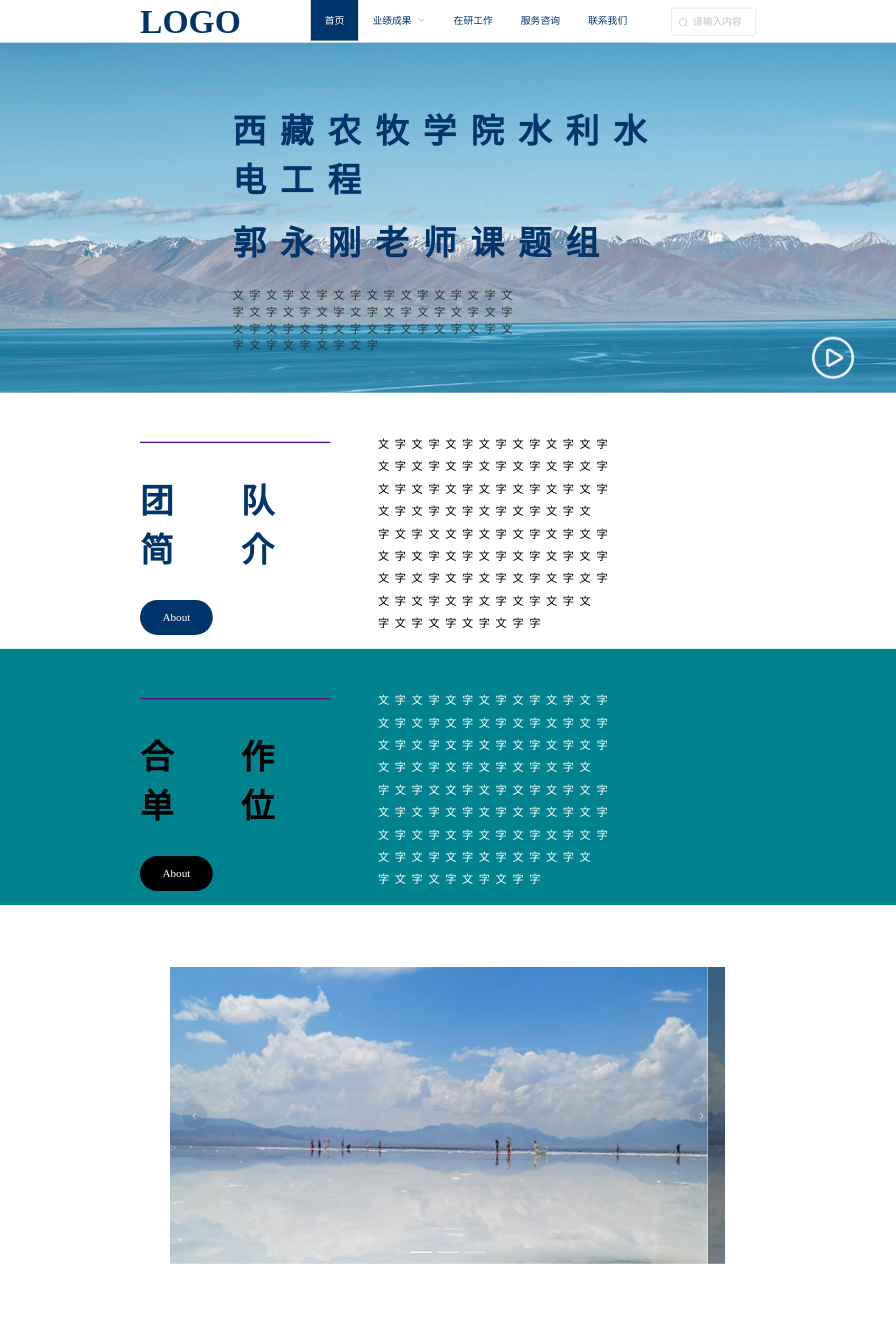
Repository: BLSY/xzust
Page: /
An editor plug-in stored every save of this project. The page is shown before and after the next save, followed by the edit.
The browser window is 1280 px wide. The pictures show the whole page, at 70% of full size.
The project was rebuilt for these pictures with package versions that can differ from the ones it lists, and the page was loaded fresh each time.

Above is the page before, as saved 2022-11-27 11:05:10.

### index.html
<!DOCTYPE html>
<html>
  <head>
    <meta charset="utf-8">
    <meta name="viewport" content="width=device-width,initial-scale=1.0">
    <title>student</title>
  </head>
  <body style="margin:0;">
    <div id="app"></div>
    <!-- built files will be auto injected -->
  </body>
</html>

### src/main.js
// The Vue build version to load with the `import` command
// (runtime-only or standalone) has been set in webpack.base.conf with an alias.
import Vue from 'vue'
import App from './App'
import ElementUI from 'element-ui';
import 'element-ui/lib/theme-chalk/index.css';
import router from './router'

Vue.use(ElementUI);
Vue.config.productionTip = false

/* eslint-disable no-new */
new Vue({
  el: '#app',
  router,
  components: { App },
  template: '<App/>'
})

### src/App.vue
<template>
  <div id="app">
    <router-view/>
  </div>
</template>

<script>
export default {
  name: 'App'
}
</script>

<style>
#app {

}
</style>

### src/components/HelloWorld.vue
<template>
  <div class="indexBox">
    <div class="nav">
      <div class="login">LOGO</div>
      <div class="navList">
        <el-menu
          :default-active="activeIndex2"
          class="el-menu-demo"
          mode="horizontal"
          @select="handleSelect"
          background-color="#fff"
          text-color="#00356B"
          active-text-color="#fff"
        >
          <el-menu-item index="1">首页</el-menu-item>
          <el-submenu index="2">
            <template slot="title">业绩成果</template>
            <el-menu-item index="2-1">选项1</el-menu-item>
            <el-menu-item index="2-2">选项2</el-menu-item>
            <el-menu-item index="2-3">选项3</el-menu-item>
          </el-submenu>
          <el-menu-item index="3">在研工作</el-menu-item>
          <el-menu-item index="4">服务咨询</el-menu-item>
          <el-menu-item index="5">联系我们</el-menu-item>
        </el-menu>
      </div>
      <div class="serch">
        <el-input
          placeholder="请输入内容"
          prefix-icon="el-icon-search"
          v-model="input2"
        >
        </el-input>
      </div>
    </div>
    <div class="top">
      <div class="toptext">
        <h3 class="h-text">西藏农牧学院水利水电工程</h3>
        <h3 class="h-text" >郭永刚老师课题组</h3>
        <div class="detil">
          文字文字文字文字文字文字文字文字文字文字文字文字文字文字文字文字文字文字文字文字文字文字文字文字文字文字文字文字文字文字
        </div>

      </div>
      <div class="starvidio">
        </div>
    </div>
    <div class="team">
      <div class="team-left">
        <div class="line"></div>
        <h3 class="team-title">团队简介</h3>
        <div class="team-icon">About</div>
      </div>
      <div class="team-right">
        <div class="team-text">
          文字文字文字文字文字文字文字文字文字文字文字文字文字文字文字文字文字文字文字文字文字文字文字文字文字文字文字文
          字文字文文字文字文字文字文字文字文字文字文字文字文字文字文字文字文字文字文字文字文字文字文字文字文字文字文字文
          字文字文字文字文字字
        </div>

      </div>
    </div>
     <div class="cooperation">
      <div class="cooperation-left">
        <div class="line"></div>
        <h3 class="cooperation-title">合作单位</h3>
        <div class="cooperation-icon">About</div>
      </div>
      <div class="cooperation-right">
        <div class="cooperation-text">
          文字文字文字文字文字文字文字文字文字文字文字文字文字文字文字文字文字文字文字文字文字文字文字文字文字文字文字文
          字文字文文字文字文字文字文字文字文字文字文字文字文字文字文字文字文字文字文字文字文字文字文字文字文字文字文字文
          字文字文字文字文字字
        </div>

      </div>
    </div>
    <div class="preject">
      <div class="carousel">
         <el-carousel :interval="5000" arrow="always" height="425px">
          <el-carousel-item v-for="(item,index) in imgList" :key="index">
            <img :src="item.idView"  class="image">
          </el-carousel-item>
        </el-carousel>
      </div>
    </div>
  </div>
</template>

<script>
export default {
  name: "HelloWorld",
  data() {
    return {
      activeIndex2: "1",
      input2: "",
      imgList:[
        {idView:require('../assets/preject.jpg')},
        {idView:require('../assets/black-preject.jpg')},
        {idView:require('../assets/topbackg.jpg')}
      ]
    };
  },
  props: {
    msg: String,
  },
  methods: {
    handleSelect(key, keyPath) {
      console.log(key, keyPath);
    },
  },
};
</script>

<!-- Add "scoped" attribute to limit CSS to this component only -->
<style scoped >
*{
  list-style: none;
  box-sizing: border-box;
}
h3{
  margin: 0;
  padding: 0;
  margin: 10px 0;
}
html{
  font-size: 16px;
}
.indexBox {
  width: 100%;
  height: 100%;
  position: relative;
  box-sizing: border-box;
}
.nav {
  display: flex;
  align-items: center;
  justify-content: center;
  padding: 0 200px;
}
.login {
  flex: 1;
  display: inline-block;
  font-size: 3em;
  font-weight: bold;
  color: #00356B;
  font-family: MicrosoftYaHei;
  margin-right: 100px;
}
.navList{
  flex: 4;
  display: inline-block;
  min-width:55%;
  font-size: 2em;
}
.serch{
  flex: 1;
  display: inline-block;
  margin-left:30px ;
}
.el-menu-item.is-active{
  background: #00356B !important;
}
.top{
  box-sizing: border-box;
  background: url(../assets/topbackg.jpg) no-repeat;
  background-size:100% 100% ;
  position: relative;
  height: 500px;
  display: flex;
  align-items: center;
  justify-content: center;
  /* text-align: center; */
  overflow: hidden;
  padding: 0 200px;
}
  .toptext{
    display: inline-block;
    margin-top: 20px;
    width: 70%;
    text-align: left;
  }
  .h-text{
    display: inline-block;
    color: #00356B;
    font-size: 3em;
    letter-spacing:20px;
  }
  .detil{
    margin-top: 20px;
    display: inline-block;
    width:70%;
    font-size: 1em;
    text-align: left;
    letter-spacing: 0.5em;
    color:#333;
  }
  .starvidio{
    background: url(../assets/bapfang.png) no-repeat;
    background-size:100% 100% ;
    position: absolute;
    bottom: 20px;
    right: 60px;
    height: 60px;
    width: 60px;
  }
  .team{
    height: 366px;
    display: flex;
    flex-direction: row;
    align-items: center;
    justify-content: space-between;
    padding: 0 200px;
  }
  .team-left{
    height: 250px;
    flex: 1;
    text-align: cente;
    display: inline-block;
    vertical-align: top;
  }
  .team-right{
    height: 250px;
    flex: 1;
    padding-right:200px ;
    display: inline-block;
    vertical-align: top;
  }
  .team-text{
    text-align: left;
   letter-spacing:0.5em;
   line-height: 2em;
  }
  .team-title{
    color: #00356B;
    font-size: 3em;
    letter-spacing:2em;
    margin: 40px 0;
  }
  .line{
    display: inline-block;
    margin: auto;
    width: 80%;
    border: 1px solid #5D0E8B;
  }
  .team-icon{
    text-align: center;
    width: 104px;
    height: 50px;
    line-height: 50px;
    color: #fff;
    font-size: 1em;
    background: #00356B;
    border-radius: 25px;
  }
  .cooperation{
    height: 366px;
    display: flex;
    background:#00838F ;
    flex-direction: row;
    align-items: center;
    justify-content: space-between;
    padding: 0 200px;
  }
   .cooperation-left{
    height: 250px;
    flex: 1;
    text-align: cente;
    display: inline-block;
    vertical-align: top;
  }
  .cooperation-right{
    height: 250px;
    flex: 1;
    padding-right:200px ;
    display: inline-block;
    vertical-align: top;
  }
  .cooperation-text{
    text-align: left;
   letter-spacing:0.5em;
   line-height: 2em;
   color: #fff;
  }
  .cooperation-title{
    color: #000;
    font-size: 3em;
    letter-spacing:2em;
    margin: 40px 0;
  }

  .cooperation-icon{
    text-align: center;
    width: 104px;
    height: 50px;
    line-height: 50px;
    color: #fff;
    font-size: 1em;
    background: #000000;
    border-radius: 25px;
  }
.preject{
  /* height: 366px; */
  display: flex;
  justify-content: center;
  flex-direction: row;
  align-items: center;
  padding: 0 200px;
}
.carousel{
  margin: 88px auto;
  height: 425px;
  width: 90%;
}
/* 轮播图无图片样式 有图片可删除 */

  .image{
    width: 100%;
    height: inherit;
  }
</style>

Loaded but not shown: src/router/index.js (common file)

After the next save:
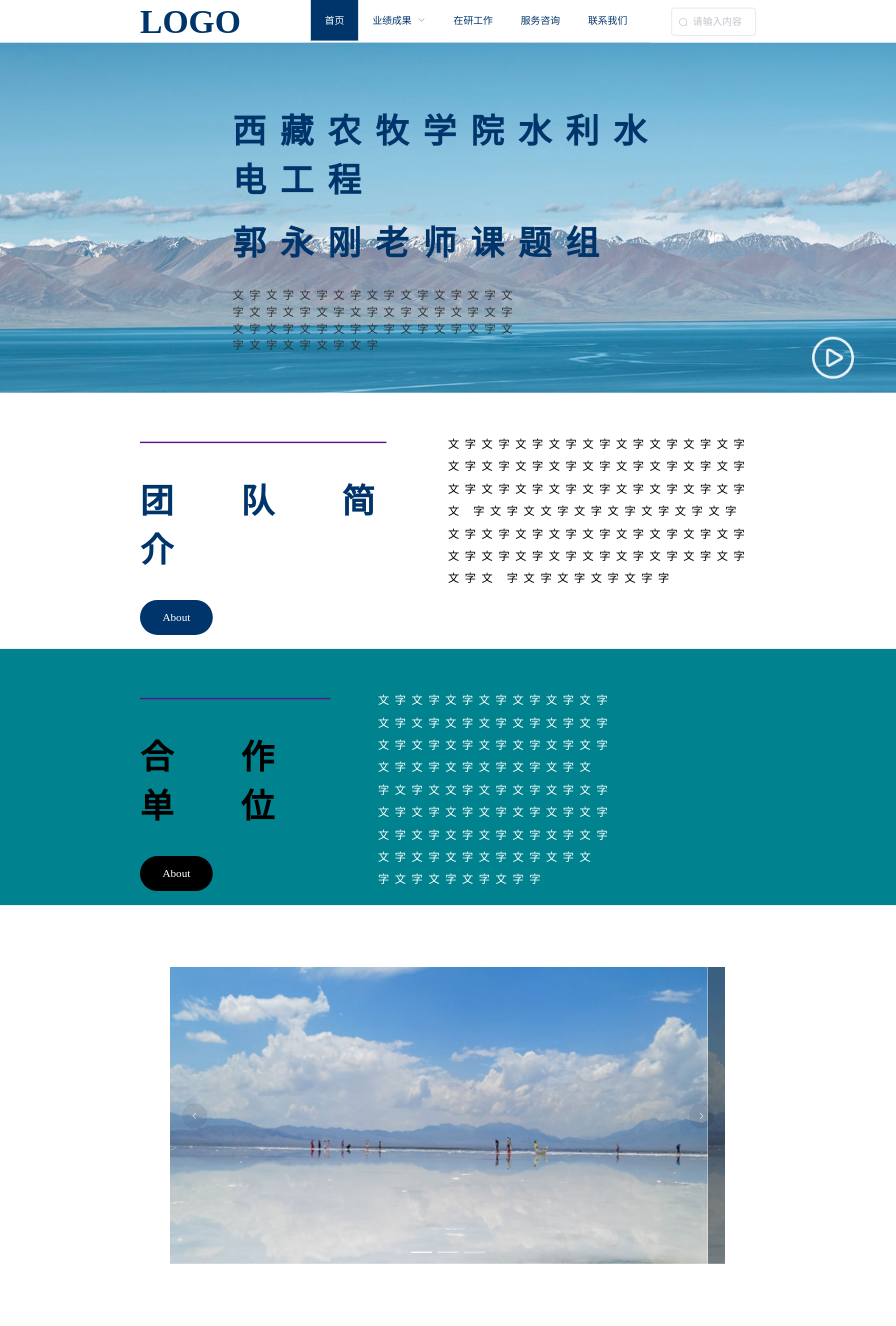
Saved 3 min 56 s later.
--- a/src/components/HelloWorld.vue
+++ b/src/components/HelloWorld.vue
@@ -222,7 +222,6 @@ html{
   .team-right{
     height: 250px;
     flex: 1;
-    padding-right:200px ;
     display: inline-block;
     vertical-align: top;
   }
